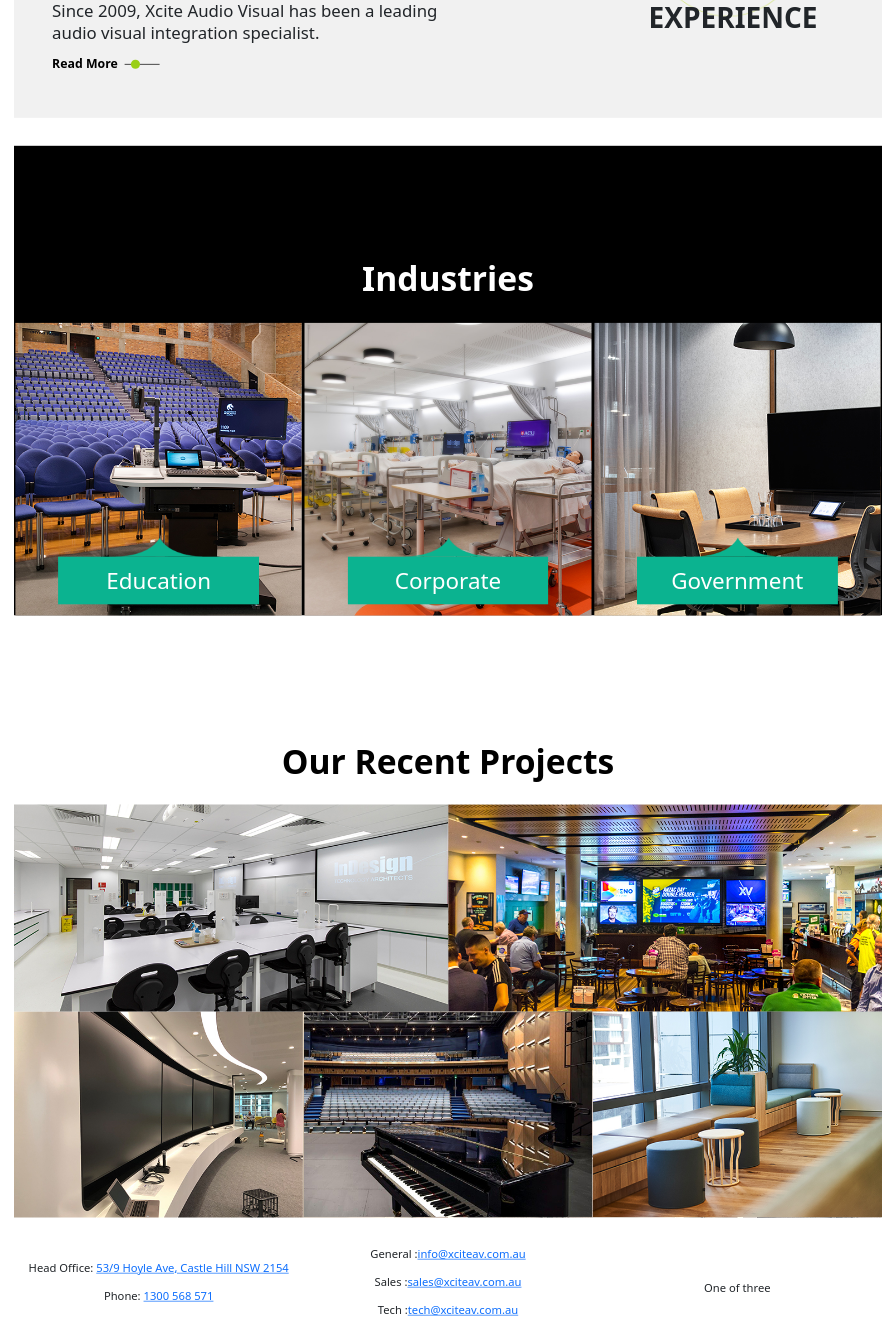
Repository: Imprasna/designplus
Page: index.html
These files come from the project's save history. The page is drawn as it stood at one moment and after the next save; the edit follows.
The browser window is 1280 px wide. The pictures show the part of the page from y = 1105 to 3025 px (the page is 3025 px tall), at 70% of full size.

Above is the page before, as saved 2022-03-16 23:19:15.

After the next save:
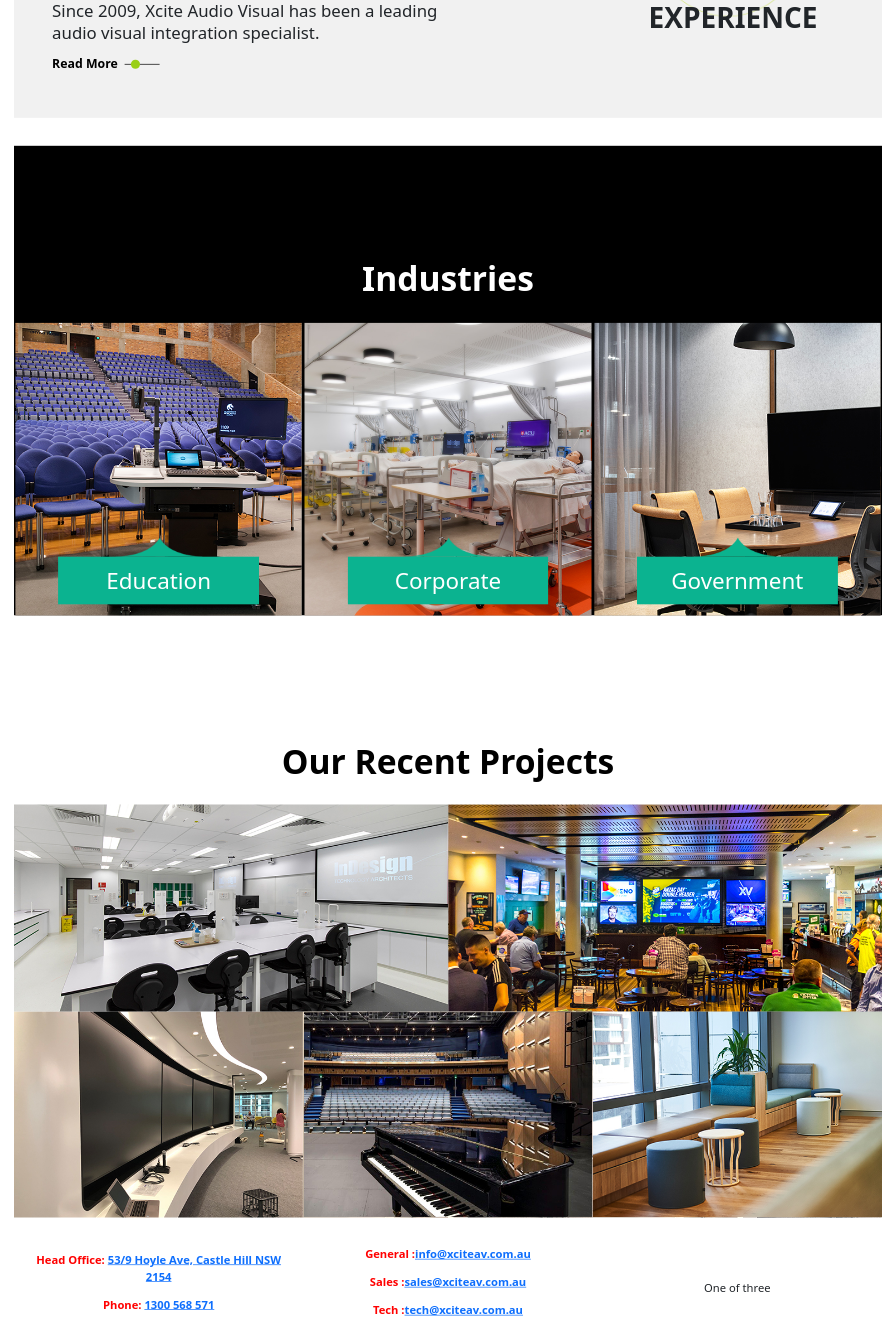
Saved 63 s later.
--- a/style.css
+++ b/style.css
@@ -223,3 +223,8 @@
     padding: 20px;
     background: #fff;
 }
+
+.col-md-4.justify-content-center.text-center > p {
+    color: red;
+    font-weight: 600;
+}
